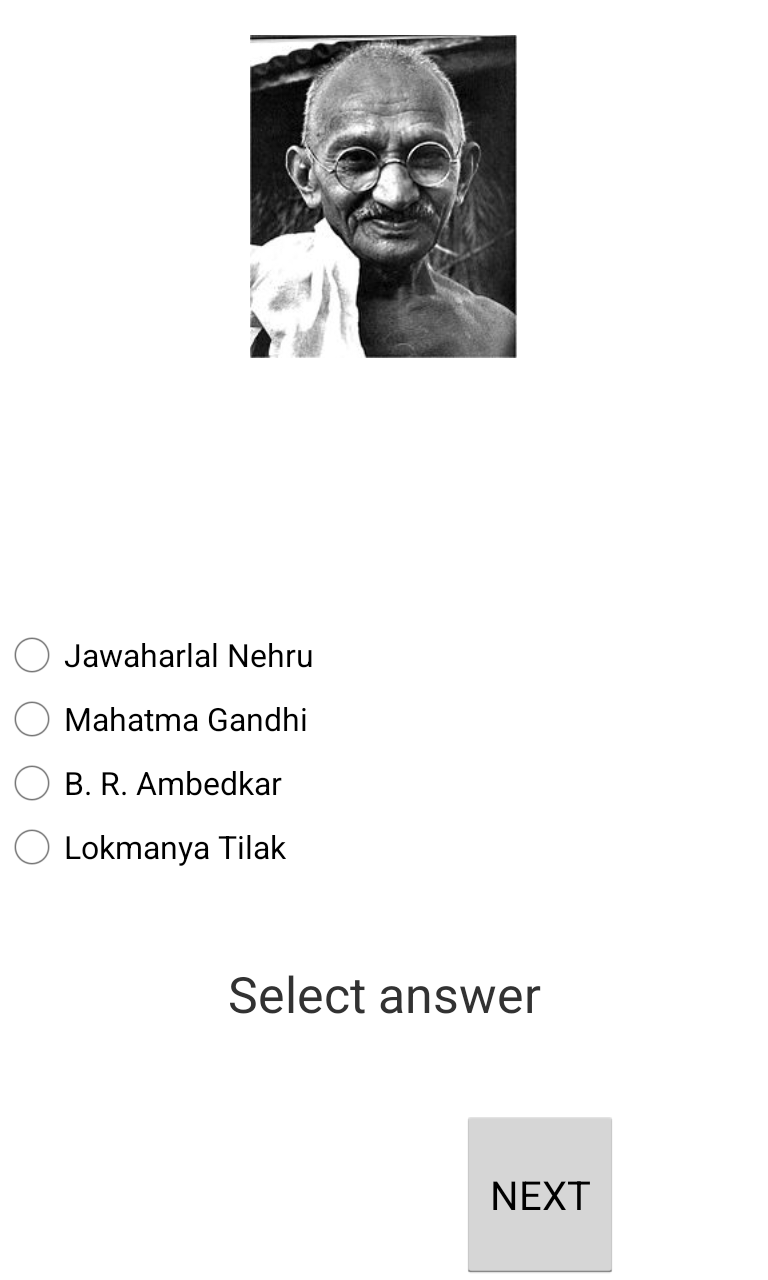
Repository: rupaligarje123/aakash
Layout: androidphotoquiz/FunChem1/photoquiz/res/layout/que4.xml
An editor plug-in stored every save of this project. The layout is shown before and after the next save, followed by the edit.
It is drawn on a 768 x 1280 px phone screen (xhdpi) without system bars, with theme AppTheme; the app's code is not run.

Above is the layout before, as saved 2013-04-18 10:16:04.

### androidphotoquiz/FunChem1/photoquiz/res/layout/que4.xml
<?xml version="1.0" encoding="utf-8"?>
<LinearLayout xmlns:android="http://schemas.android.com/apk/res/android"
    android:layout_width="match_parent"
    android:layout_height="match_parent"
    android:orientation="vertical" >

    <ImageView
        android:id="@+id/imageView1"
        android:layout_width="wrap_content"
        android:layout_height="wrap_content"
         android:layout_gravity="center"
        android:layout_weight="1"
        android:src="@drawable/pic4" />

    <TextView
        android:id="@+id/editText1"
        android:layout_width="match_parent"
        android:layout_height="80sp"
        android:layout_weight="1"
        android:gravity="center"

        android:textSize="25sp" >
    </TextView>

<RadioGroup
    android:layout_width="fill_parent"
    android:layout_height="wrap_content"
    android:orientation="vertical">
    >
    <RadioButton
        android:id="@+id/rd401"
        android:layout_width="wrap_content"
        android:layout_height="wrap_content"
        android:layout_weight="1"
        android:text="Jawaharlal Nehru" />

    <RadioButton
        android:id="@+id/rd402"
        android:layout_width="wrap_content"
        android:layout_height="wrap_content"
        android:layout_weight="1"
        android:text="Mahatma Gandhi" />

    <RadioButton
        android:id="@+id/rd403"
        android:layout_width="wrap_content"
        android:layout_height="wrap_content"
        android:layout_weight="1"
        android:text="B. R. Ambedkar" />

    <RadioButton
        android:id="@+id/rd404"
        android:layout_width="wrap_content"
        android:layout_height="wrap_content"
        android:layout_weight="1"
        android:text="Lokmanya Tilak" />


    </RadioGroup>
   <TextView
        android:id="@+id/tvr4"
        android:layout_width="match_parent"
        android:layout_height="80sp"
        android:layout_weight="1"
        android:gravity="center"
        android:text="@string/Result"
        android:textSize="25sp" >
    </TextView>
    <Button
        android:id="@+id/bn4"
        android:layout_width="80sp"
        android:layout_height="50sp"
        android:layout_weight="1"
        android:text="NEXT"
        android:textSize="20sp"
        android:layout_marginLeft="230sp"

        />

</LinearLayout>

### androidphotoquiz/FunChem1/photoquiz/res/values/strings.xml
<?xml version="1.0" encoding="utf-8"?>
<resources>

    <string name="app_name">FunChem</string>
    <string name="action_settings">Settings</string>
    <string name="hello_world">Identify Image</string>
    <string name="Result">Select answer</string>
    <string name="string1">Start</string>

</resources>

Loaded but not shown: androidphotoquiz/FunChem1/photoquiz/res/values/styles.xml (common file); androidphotoquiz/FunChem1/photoquiz/res/values-v11/styles.xml (common file); androidphotoquiz/FunChem1/photoquiz/res/values-v14/styles.xml (common file)

After the next save:
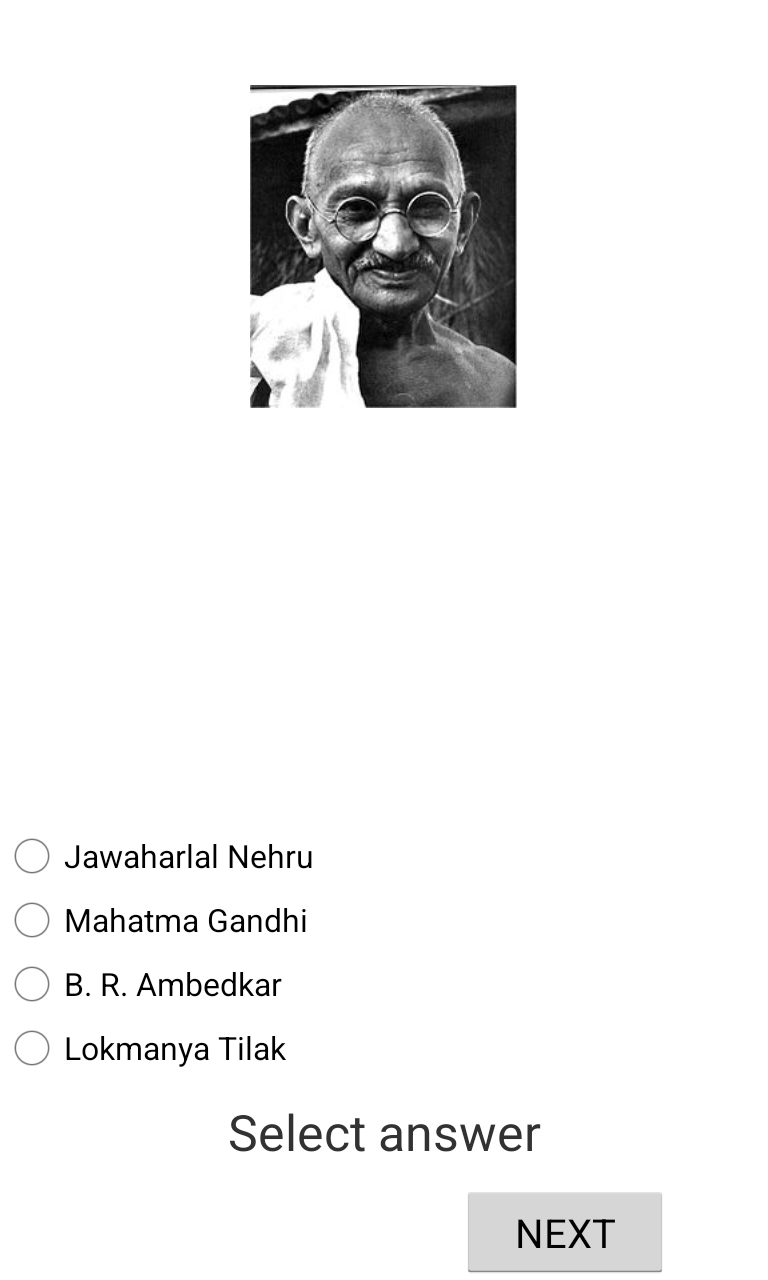
Saved 12 min 16 s later.
--- a/androidphotoquiz/FunChem1/photoquiz/res/layout/que4.xml
+++ b/androidphotoquiz/FunChem1/photoquiz/res/layout/que4.xml
@@ -57,24 +57,21 @@
 
 
     </RadioGroup>
-   <TextView
-        android:id="@+id/tvr4"
-        android:layout_width="match_parent"
-        android:layout_height="80sp"
-        android:layout_weight="1"
-        android:gravity="center"
-        android:text="@string/Result"
-        android:textSize="25sp" >
-    </TextView>
-    <Button
-        android:id="@+id/bn4"
-        android:layout_width="80sp"
-        android:layout_height="50sp"
-        android:layout_weight="1"
-        android:text="NEXT"
-        android:textSize="20sp"
-        android:layout_marginLeft="230sp"
 
-        />
+<TextView
+    android:id="@+id/tvr4"
+    android:layout_width="match_parent"
+    android:layout_height="52dp"
+    android:gravity="center"
+    android:text="@string/Result"
+    android:textSize="25sp" />
+
+<Button
+    android:id="@+id/bn4"
+    android:layout_width="105dp"
+    android:layout_height="wrap_content"
+    android:layout_marginLeft="230sp"
+    android:text="NEXT"
+    android:textSize="20sp" />
 
 </LinearLayout>
